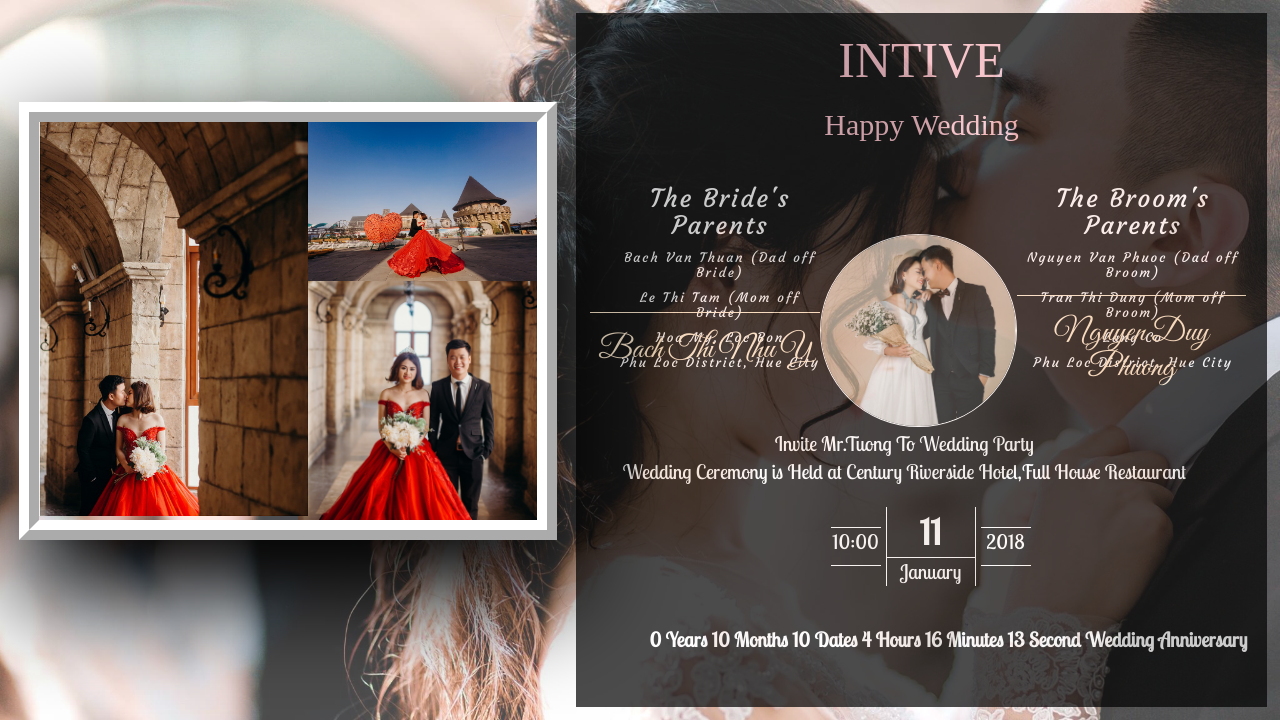
Repository: nguyenhuutuong999/WeddingOfSister
Page: index.html
The author's editor kept a copy of each file at every save. The page is drawn from the files as they stood at one save, then again after a run of saves.
The browser window is 1280 px wide. The pictures show the whole page.
Some web fonts or font styles are not loaded; a fallback is used.

Above is the page before, as saved 2019-09-17 20:17:51.

After the next 2 saves:
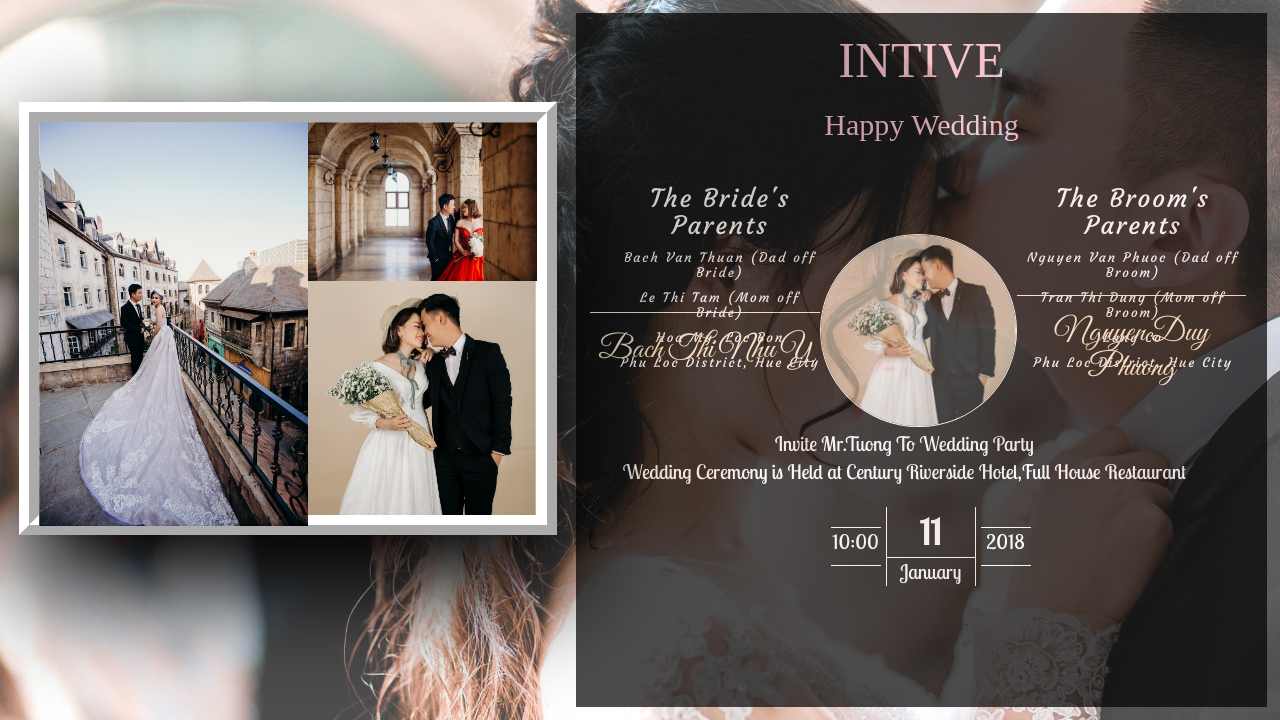
Console error: SyntaxError: Unexpected token ','
The 2 saves are shown as one change because they came seconds apart.
The last was saved 25 s later.
--- a/index.html
+++ b/index.html
@@ -199,7 +199,7 @@
                         var date = ((today.getFullYear() - dateAnniver.year)) + " Years " + (today.getMonth() - dateAnniver.month) + " Months " + (30 + today.getDate() - dateAnniver.date) + " Dates " + (dateAnniver.hour - today.getHours()) + " Hours " + (today.getMinutes() - dateAnniver.minutes) + " Minutes " + (today.getSeconds() - dateAnniver.second + " Second Wedding Anniversary");
 
                     }
-                    else
+                    else{
                         var date = ((today.getFullYear() - dateAnniver.year) - 1) + " Years " + (12 + (today.getMonth() - dateAnniver.month)) + " Months " + (30 + today.getDate() - dateAnniver.date) + " Dates " + (dateAnniver.hour - today.getHours()) + " Hours " + (today.getMinutes() - dateAnniver.minutes) + " Minutes " + (today.getSeconds() - dateAnniver.second + " Second Wedding Anniversary");
 
                 }

After the save that followed:
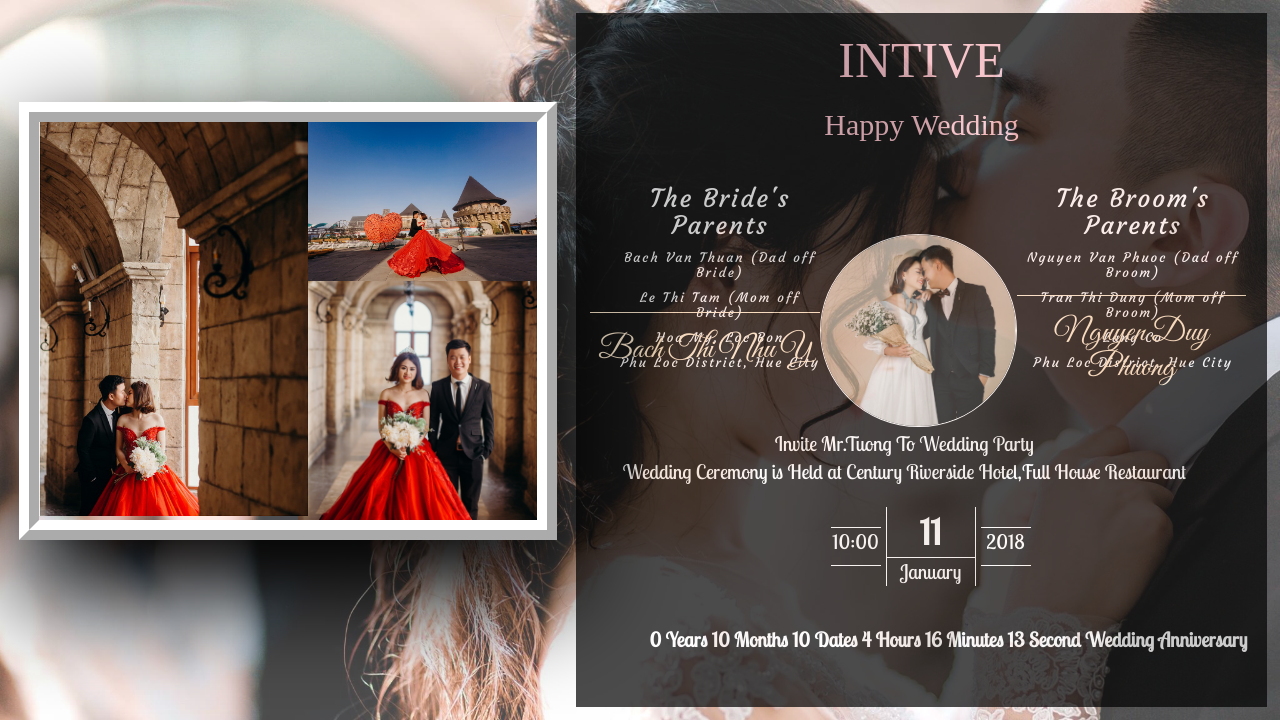
The error is gone.
Saved 5 s later.
--- a/index.html
+++ b/index.html
@@ -201,7 +201,7 @@
                     }
                     else{
                         var date = ((today.getFullYear() - dateAnniver.year) - 1) + " Years " + (12 + (today.getMonth() - dateAnniver.month)) + " Months " + (30 + today.getDate() - dateAnniver.date) + " Dates " + (dateAnniver.hour - today.getHours()) + " Hours " + (today.getMinutes() - dateAnniver.minutes) + " Minutes " + (today.getSeconds() - dateAnniver.second + " Second Wedding Anniversary");
-
+                    }
                 }
             }
 
